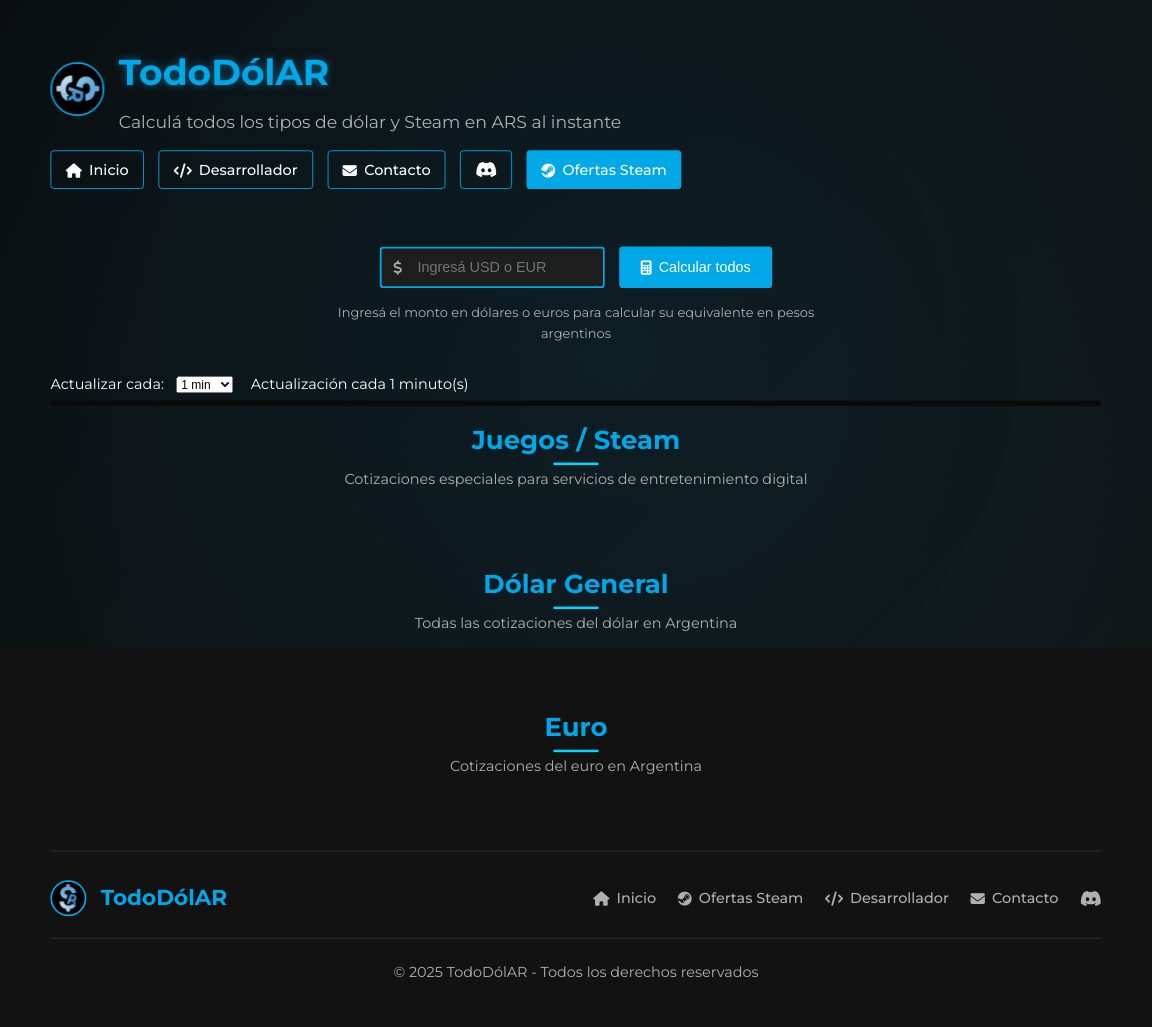
Repository: FabriDevelope/todod-lar-ar
Page: inicio/index.html
These files come from the project's save history. The page is drawn as it stood at one moment and after the next save; the edit follows.
The browser window is 1280 px wide. The pictures show the whole page, at 90% of full size.
The page's requests for data from a server got no answer.

Above is the page before, as saved 2025-09-06 23:12:46.

After the next save:
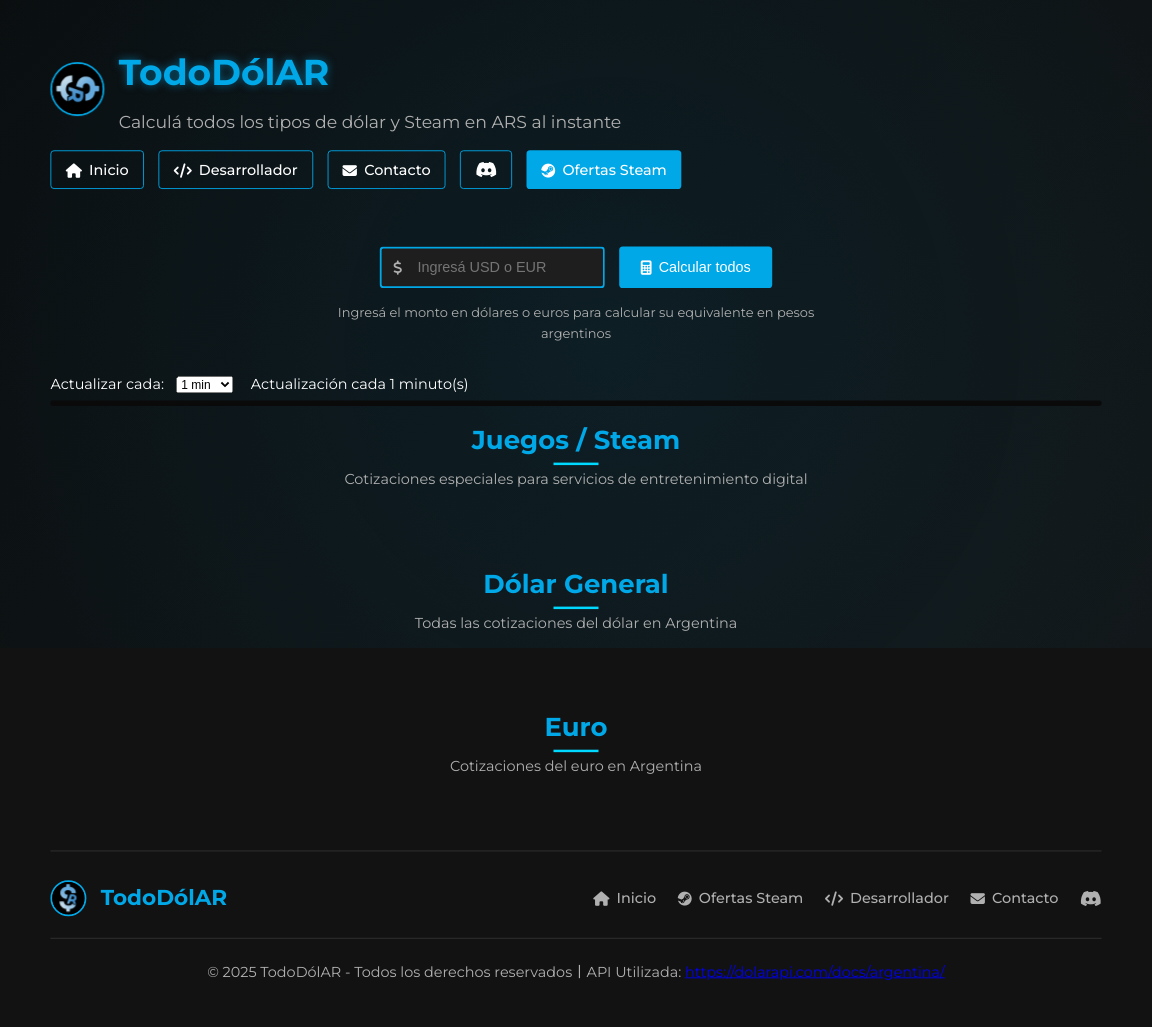
Saved 4 min 55 s later.
--- a/inicio/index.html
+++ b/inicio/index.html
@@ -135,7 +135,7 @@
                 </div>
             </div>
             <div class="footer-bottom">
-                <p>&copy; 2025 TodoDólAR - Todos los derechos reservados</p>
+                <p>&copy; 2025 TodoDólAR - Todos los derechos reservados丨API Utilizada: <a href="https://dolarapi.com/docs/argentina/">https://dolarapi.com/docs/argentina/</a></p>
             </div>
         </footer>
     </div>
